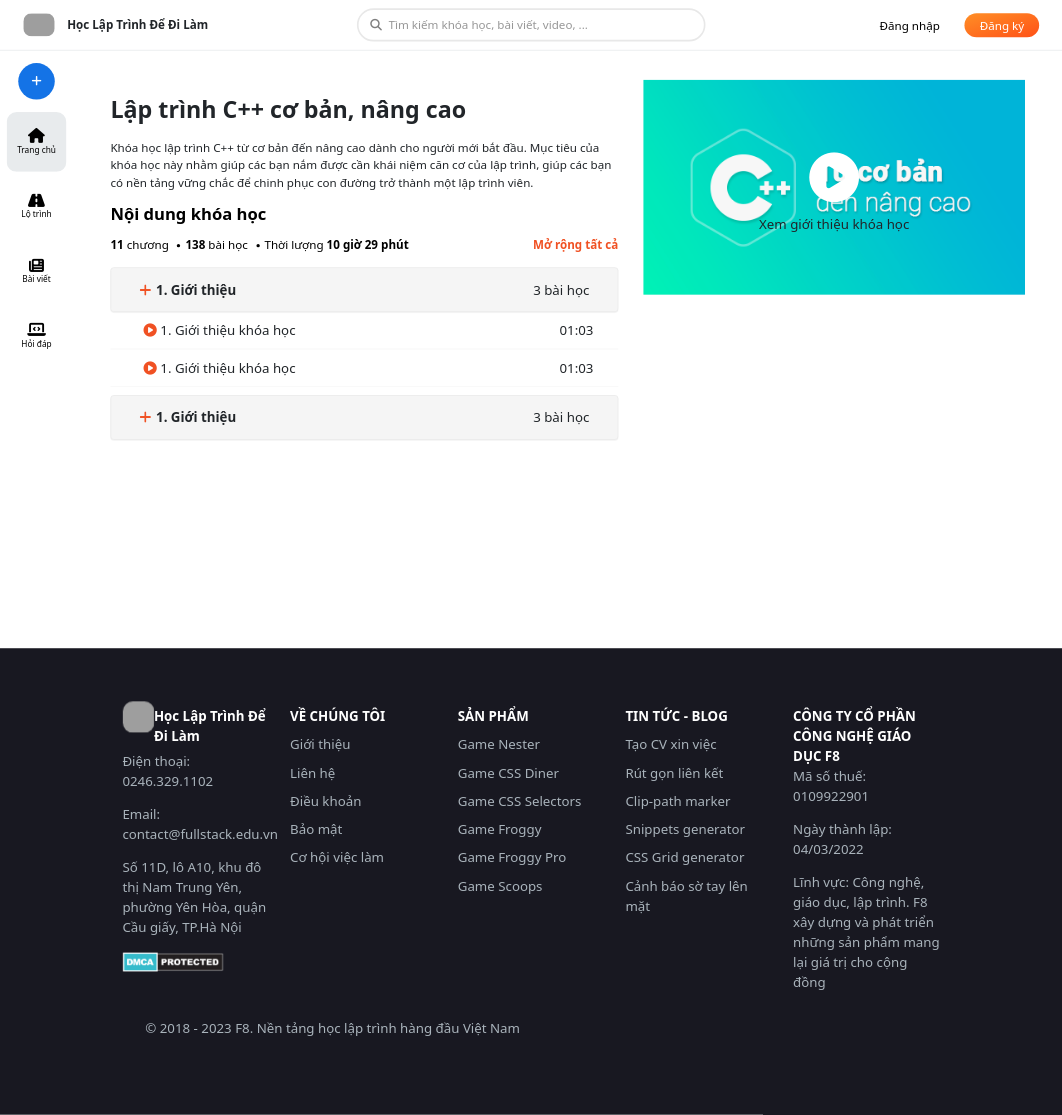
Repository: Quoc-Thang/projectasm
Page: introcourse.html
These files come from the project's save history. The page is drawn as it stood at one moment and after the next save; the edit follows.
The browser window is 1280 px wide. The pictures show the whole page, at 83% of full size.
Pictures or frames that could not be fetched are drawn as grey boxes. Some web libraries are served in a nearby version.

Above is the page before, as saved 2023-11-26 22:11:28.

### introcourse.html
<!DOCTYPE html>
<html lang="vi">
  <head>
    <meta charset="UTF-8" />
    <meta name="viewport" content="width=device-width, initial-scale=1.0" />
    <title>F8 - Học lập trình để đi làm</title>
    <!-- Preconnect -->
    <link rel="preconnect" href="https://unpkg.com/aos@2.3.1" />
    <link
      rel="preconnect"
      href="https://cdn.jsdelivr.net/npm/bootstrap@5.3.2" />
    <link rel="preconnect" href="https://kit.fontawesome.com" />
    <link rel="preconnect" href="https://fonts.googleapis.com" />
    <link rel="preconnect" href="https://fonts.gstatic.com" crossorigin />

    <!-- AOS -->
    <link href="https://unpkg.com/aos@2.3.1/dist/aos.css" rel="stylesheet" />

    <!-- Bootstrap -->
    <link
      href="https://cdn.jsdelivr.net/npm/bootstrap@5.3.2/dist/css/bootstrap.min.css"
      rel="stylesheet"
      integrity="sha384-T3c6CoIi6uLrA9TneNEoa7RxnatzjcDSCmG1MXxSR1GAsXEV/Dwwykc2MPK8M2HN"
      crossorigin="anonymous" />

    <!-- Google Fonts -->
    <link
      href="https://fonts.googleapis.com/css2?family=Poppins:wght@100;200;300;400&family=Roboto:wght@100;300;400&display=swap"
      rel="stylesheet" />

    <!-- CSS -->
    <link rel="stylesheet" href="./view/assets/css/reset.css" />
    <link rel="stylesheet" href="./view/assets/css/synthetic.css" />
    <link rel="stylesheet" href="./view/assets/css/header.css" />
    <link rel="stylesheet" href="./view/assets/css/nav.css" />
    <link rel="stylesheet" href="./view/assets/css/slider.css" />
    <link rel="stylesheet" href="./view/assets/css/wrappercontent.css" />
    <link rel="stylesheet" href="./view/assets/css/footer.css" />
    <link rel="stylesheet" href="./view/assets/css/introcourse.css">
  </head>

  <body>
    <!-- Content -->
    <div id="wrapper">
      <!-- Header -->
      <header>
        <div class="row wrap-header">
          <!-- Logo Website -->
          <div class="col-4">
            <div class="logo">
              <a href="/">
                <img src="./view/assets/image/Logo.png" alt="Logo Website" />
              </a>
              <h4 class="logoTxt">Học Lập Trình Để Đi Làm</h4>
            </div>
          </div>

          <!-- Search -->
          <div class="col-4">
            <div class="form-search">
              <form action="" method="post">
                <div class="form">
                  <button type="submit">
                    <i class="fa-solid fa-magnifying-glass"></i>
                  </button>
                  <input
                    type="search"
                    placeholder="Tìm kiếm khóa học, bài viết, video, ..."
                    name="searchTxt"
                    id="search-input"
                    autocomplete="off"
                    />
                </div>
              </form>
              <div class="card-search">
                <div class="heading-card-search">
                  <i class="fa-solid fa-magnifying-glass"></i>
                  <span>Kết quả tìm kiếm cho:</span>
                </div>
                <div class="content-card-search">
                  <div class="title-content">
                    <h2>
                      Khóa học
                    </h2>
                    <a href="#">
                      Xem thêm
                    </a>
                  </div>
                  <ul class="main-content" id="apiData">
                    <li>
                      <a href="#">
                        <img src="./view/assets/image/htmlcsszerohero.png" alt="Image course">
                        <span>
                          HTML, CSS từ cơ bản đến nâng cao
                        </span>
                      </a>
                    </li>
                    <li>
                      <a href="#">
                        <img src="./view/assets/image/htmlcsspro.png" alt="Image course">
                        <span>
                          HTML, CSS Pro
                        </span>
                      </a>
                    </li>
                    <li>
                      <a href="#">
                        <img src="./view/assets/image/sass.png" alt="Image course">
                        <span>
                          Ngôn ngữ tiền xử lý sass
                        </span>
                      </a>
                    </li>
                  </ul>
                </div>
              </div>
            </div>
          </div>

          <!-- Account -->
          <div class="col-4">
            <div class="account">
              <div class="login">
                <a class="openLogin" href="javascript:void(0)"> Đăng nhập </a>
              </div>
              <div class="signup">
                <a class="openSignup" href="javascript:void(0)"> Đăng ký </a>
              </div>
            </div>
          </div>
        </div>
      </header>

      <main id="main-content">
        <!-- Sidebar -->
        <nav class="menu-sidebar">
          <div class="sidebar">
            <div id="news-post" onclick="newsPost()">
              <a id="rotate" href="javascript:void(0)">
                <i class="fa-solid fa-plus"></i>
              </a>
              <span id="model-news">Thêm tin tức mới</span>
            </div>
            <ul>
              <li>
                <a class="menu-sidebar active" href="#">
                  <i class="fa-solid fa-house"></i>
                  <span class="txt-menu"> Trang chủ </span>
                </a>
              </li>
              <li>
                <a class="menu-sidebar" href="#">
                  <i class="fa-solid fa-road"></i>
                  <span class="txt-menu"> Lộ trình </span></a
                >
              </li>
              <li>
                <a class="menu-sidebar" href="#">
                  <i class="fa-solid fa-newspaper"></i>
                  <span class="txt-menu"> Bài viết </span></a
                >
              </li>
              <li>
                <a class="menu-sidebar" href="#">
                  <i class="fa-solid fa-laptop-code"></i>
                  <span class="txt-menu"> Hỏi đáp </span></a
                >
              </li>
            </ul>
          </div>
        </nav>

        <!-- Article -->
        <article id="main">

          <!-- Wrapper Content Main -->
          <div class="wrapper-content">
            <div class="intro-course">
              <div class="content-course">
                <div class="heading-course">
                  <h1 class="title-heading-course">
                    Lập trình C++ cơ bản, nâng cao
                  </h1>
                  <p class="desc-course">
                    Khóa học lập trình C++ từ cơ bản đến nâng cao dành cho người mới bắt đầu. Mục tiêu của khóa học này nhằm giúp các bạn nắm được cần khái niệm căn cơ của lập trình, giúp các bạn có nền tảng vững chắc để chinh phục con đường trở thành một lập trình viên.
                  </p>
                </div>
                <div class="main-content-course">
                  <div class="content-course-top">
                    <h2 class="title-course">
                      Nội dung khóa học
                    </h2>
                    <div class="desc-content-course">
                      <ul>
                        <li>
                          <a href="#">
                            <strong>
                              11
                            </strong>
                            chương
                          </a>
                        </li>
                        <li>
                          <a href="#">
                            <strong>
                              138
                            </strong>
                            bài học
                          </a>
                        </li>
                        <li>
                          <a href="#">
                            Thời lượng
                            <strong>
                              10 giờ 29 phút
                            </strong>
                          </a>
                        </li>
                      </ul>
                      <a class="read-more" href="#">
                        Mở rộng tất cả
                      </a>
                    </div>
                  </div>

                    <div class="list-panels-course">
                      <div class="list-panel-course">
                        <div class="panel-left">
                          <div class="icon-panel">
                              <i class="fa-solid fa-plus" style="color: #f05123;"></i>
                              <i class="fa-solid fa-minus" style="color: #f05123;"></i>
                          </div>
                          <span>
                            1. Giới thiệu
                          </span>
                        </div>
                        <div class="panel-right">
                          <span>
                            3 bài học
                          </soan>
                        </div>
                      </div>

                      <!-- List tab panel -->
                      <div class="list-tab-panel">
                        <!-- Tab panel -->
                        <div class="tab-panel">
                          <span class="desc-panel">
                            <i class="fa-solid fa-circle-play" style="color: #f05123;"></i>
                            1. Giới thiệu khóa học
                          </span>
                          <span class="desc-time">
                            01:03
                          </span>
                        </div>

                        <div class="tab-panel">
                          <span class="desc-panel">
                            <i class="fa-solid fa-circle-play" style="color: #f05123;"></i>
                            1. Giới thiệu khóa học
                          </span>
                          <span class="desc-time">
                            01:03
                          </span>
                        </div>
                      </div>
                    </div>

                    <div class="list-panels-course">
                      <div class="list-panel-course">
                        <div class="panel-left">
                          <div class="icon-panel">
                              <i class="fa-solid fa-plus" style="color: #f05123;"></i>
                              <i class="fa-solid fa-minus" style="color: #f05123;"></i>
                          </div>
                          <span>
                            1. Giới thiệu
                          </span>
                        </div>
                        <div class="panel-right">
                          <span>
                            3 bài học
                          </soan>
                        </div>
                      </div>
                    <!-- List tab panel -->
                    <div class="list-tab-panel">
                      <!-- Tab panel -->
                      <div class="tab-panel">
                        <span class="desc-panel">
                          <i class="fa-solid fa-circle-play" style="color: #f05123;"></i>
                          1. Giới thiệu khóa học
                        </span>
                        <span class="desc-time">
                          01:03
                        </span>
                      </div>

                      <div class="tab-panel">
                        <span class="desc-panel">
                          <i class="fa-solid fa-circle-play" style="color: #f05123;"></i>
                          1. Giới thiệu khóa học
                        </span>
                        <span class="desc-time">
                          01:03
                        </span>
                      </div>
                    </div>
                  </div>
                </div>
              </div>
              <div class="video-course">
                <figure>
                  <img src="./view/assets/image/cppcobannangcao.png" alt="Video Course">
                  <figcaption>
                    <div class="play-video">
                      <i class="fa-solid fa-circle-play" style="color: #ffffff;"></i>
                    </div>
                    <div class="see-video">
                      Xem giới thiệu khóa học
                    </div>
                  </figcaption>
                </figure>
              </div>
            </div>
          </div>
        </article>
      </main>

      <!-- Footer -->
      <footer>
        <div class="content-footer">
          <!-- Footer top -->
          <div class="footer-top">
            <!-- Slogan -->
            <div class="slogan content-column-footer">
              <div class="footer-slogan title-footer">
                <figure>
                  <img src="./view/assets/image/Logo.png" alt="Logo Website" />
                </figure>
                <figcaption>
                  <span class="txt-slogan"> Học lập trình để đi làm </span>
                </figcaption>
              </div>
              <div class="footer-contact-list">
                <ul>
                  <li>
                    <p>Điện thoại: 0246.329.1102</p>
                  </li>
                  <li>
                    <p>Email: contact@fullstack.edu.vn</p>
                  </li>
                  <li>
                    <p>
                      Số 11D, lô A10, khu đô thị Nam Trung Yên, phường Yên Hòa,
                      quận Cầu giấy, TP.Hà Nội
                    </p>
                  </li>
                </ul>
              </div>
              <div class="footer-protect">
                <figure>
                  <a href="#">
                    <img
                      src="./view/assets/image/dmca.png"
                      alt="DMCA Protect" />
                  </a>
                </figure>
              </div>
            </div>

            <!-- About us -->
            <div class="about content-column-footer">
              <div class="title-footer about-us">
                <span>Về chúng tôi</span>
              </div>
              <nav class="list-about">
                <ul>
                  <li><a href="#">Giới thiệu</a></li>
                  <li><a href="#">Liên hệ</a></li>
                  <li><a href="#">Điều khoản</a></li>
                  <li><a href="#">Bảo mật</a></li>
                  <li><a href="#">Cơ hội việc làm</a></li>
                </ul>
              </nav>
            </div>

            <!-- Products -->
            <div class="product content-column-footer">
              <div class="title-footer product-type">
                <span>Sản phẩm</span>
              </div>
              <nav class="list-product">
                <ul>
                  <li><a href="#">Game Nester</a></li>
                  <li><a href="#">Game CSS Diner</a></li>
                  <li><a href="#">Game CSS Selectors</a></li>
                  <li><a href="#">Game Froggy</a></li>
                  <li><a href="#">Game Froggy Pro</a></li>
                  <li><a href="#">Game Scoops</a></li>
                </ul>
              </nav>
            </div>

            <!-- Tools -->
            <div class="tools content-column-footer">
              <div class="title-footer tools-type">
                <span>Tin tức - Blog</span>
              </div>
              <nav class="list-tools">
                <ul>
                  <li><a href="#">Tạo CV xin việc</a></li>
                  <li><a href="#">Rút gọn liên kết</a></li>
                  <li><a href="#">Clip-path marker</a></li>
                  <li><a href="#">Snippets generator</a></li>
                  <li><a href="#">CSS Grid generator</a></li>
                  <li><a href="#">Cảnh báo sờ tay lên mặt</a></li>
                </ul>
              </nav>
            </div>

            <!-- Company -->
            <div class="company content-column-footer">
              <div class="title-footer company-type">
                <span>Công ty cổ phần công nghệ giáo dục F8</span>
              </div>
              <nav class="list-company">
                <ul>
                  <li>
                    <p href="#">Mã số thuế: <span>0109922901</span></p>
                  </li>
                  <li>
                    <p href="#">Ngày thành lập: <span>04/03/2022</span></p>
                  </li>
                  <li>
                    <p href="#">
                      Lĩnh vực:
                      <span
                        >Công nghệ, giáo dục, lập trình. F8 xây dựng và phát
                        triển những sản phẩm mang lại giá trị cho cộng đồng
                      </span>
                    </p>
                  </li>
                </ul>
              </nav>
            </div>
          </div>

          <!-- Footer bottom -->
          <div class="footer-bottom">
            <div class="copyright">
              <p>© 2018 - 2023 F8. Nền tảng học lập trình hàng đầu Việt Nam</p>
            </div>
            <div class="social-media">
              <!-- <img src="/images/icons/facebook.svg" alt="" />
              <img src="/images/icons/instagram.svg" alt="" />
              <img src="/images/icons/twitter.svg" alt="" />
              <img src="/images/icons/linkedin.svg" alt="" /> -->
            </div>
          </div>
          </div>
        </div>
      </footer>
    </div>
    <!-- Javascript -->
    <script src="./view/assets/javascript/sidebar.js"></script>
    <script src="./view/assets/javascript/introcourse.js"></script>
    <script src="./view/assets/javascript/formsearch.js"></script>
    <script src="./view/assets/javascript/formlogin.js"></script>
    <script src="./view/assets/javascript/formsignup.js"></script>

    <!-- Font Awesome -->
    <script
      src="https://kit.fontawesome.com/3e006365dd.js"
      crossorigin="anonymous"></script>

    <!-- Bootstrap -->
    <script
      src="https://cdn.jsdelivr.net/npm/bootstrap@5.3.2/dist/js/bootstrap.bundle.min.js"
      integrity="sha384-C6RzsynM9kWDrMNeT87bh95OGNyZPhcTNXj1NW7RuBCsyN/o0jlpcV8Qyq46cDfL"
      crossorigin="anonymous"></script>

    <!-- AOS -->
    <script src="https://unpkg.com/aos@2.3.1/dist/aos.js"></script>
    <script>
      AOS.init();
    </script>
  </body>
</html>

### view/assets/css/synthetic.css
:root {
  --system-ui: system-ui, "Segoe UI", Roboto, Helvetica, Arial, sans-serif,
    "Apple Color Emoji", "Segoe UI Emoji", "Segoe UI Symbol";
  --font-code: "SF Mono", monospace;
}

html,
body {
  min-height: 100% !important;
  height: 100%;
}

body {
  font-family: var(--system-ui);
  scroll-behavior: smooth;
  overflow-x: hidden;
}

main {
  display: flex;
}

#main {
  display: flex;
  flex-direction: column;
}

article {
  display: flex;
  min-width: 100vh;
}

#wrapper {
  width: 100%;
}

/* width */
::-webkit-scrollbar {
  width: 8px;
}

/* Track */
::-webkit-scrollbar-track {
  box-shadow: inset 0 0 5px grey;
  /* border-radius: 8px; */
}

/* Handle */
::-webkit-scrollbar-thumb {
  background: #a9a9a9;
  border-radius: 4px;
}

/* Handle on hover */
::-webkit-scrollbar-thumb:hover {
  background: #a9a9a9;
}

ul {
  list-style-type: none;
  margin: 0;
  padding: 0;
}

a {
  text-decoration: none;
}

### view/assets/css/introcourse.css
:root {
  --primary-color: #f05123;
  --background-color: #fff;
  --border-bottom: #e8ebed;
  --border-color: #1473e6;
  --background-hover: #f5f5f5;
  --border: #e8e8e8;
  --color-txt: #000;
  --background-color-menu: #f0f0f0;
}

.intro-course {
  display: flex;
  flex-direction: row;
}

.content-course {
  padding: 0 30px 0 0;
  /* color: #000; */
}

.title-heading-course {
  font-weight: 700;
  font-size: 28px;
}

.desc-course {
  font-size: 14px;
}

.list-panels-course {
  margin-bottom: 10px;
}

.title-course {
  font-size: 20px;
  font-weight: 700;
}

.desc-content-course {
  display: flex;
  gap: 20px;
  align-items: center;
  justify-content: space-between;
  margin-bottom: 16px;
}

.desc-content-course ul {
  display: flex;
  gap: 20px;
}

.desc-content-course ul li {
  position: relative;
}

.desc-content-course ul li:not(:last-child):after {
  content: "";
  position: absolute;
  border-radius: 50%;
  height: 4px;
  width: 4px;
  background-color: var(--color-txt);
  top: 50%;
  margin-left: 10px;
}

.desc-content-course a {
  color: var(--color-txt);
  font-size: 14px;
}

.read-more {
  color: var(--primary-color) !important;
  font-weight: 600;
  margin-right: 0;
}

.list-panel-course,
.panel-left {
  display: flex;
  gap: 20px;
  cursor: pointer;
}

.panel-left span {
  font-weight: 600;
}

.list-panel-course {
  justify-content: space-between;
  background-color: var(--background-hover);
  padding: 14px 34px;
  border-radius: 4px;
  box-shadow: 0 1px 1px rgba(0, 0, 0, 0.05);
  border: 1px solid #ebebeb;
  position: sticky;
  top: 0;
}

.icon-panel {
  position: relative;
}

.fa-plus,
.fa-minus {
  position: absolute;
  top: 50%;
  transform: translateY(-50%);
}

.list-tab-panel {
  width: 100%;
  height: 100%;
  /* display: flex; */
  /* flex-direction: column; */
  display: none;
}

.tab-panel {
  display: flex;
  justify-content: space-between;
  border: 1px solid #00000008;
  border-right: 0;
  border-top: 0;
  border-left: 0;
  padding: 10px 30px 10px 40px;
}

.fa-play {
  background-color: var(--primary-color);
  height: 14px;
  width: 14px;
  border-radius: 50%;
}

.video-course figure {
  display: flex;
  position: relative;
  justify-content: center;
  align-items: center;
}

.video-course figcaption {
  position: absolute;
  top: 50%;
  left: 50%;
  transform: translate(-50%, -50%);
  text-align: center;
  background: #00000008;
  width: 100%;
  height: 100%;
  display: flex;
  justify-content: center;
  align-items: center;
  flex-direction: column;
}

.play-video {
  font-size: 60px;
}

Loaded but not shown: view/assets/css/reset.css (common file); view/assets/javascript/formsignup.js (252 lines, source omitted); view/assets/javascript/formlogin.js (244 lines, source omitted); view/assets/javascript/introcourse.js (40 lines, source omitted); view/assets/javascript/sidebar.js (29 lines, source omitted); view/assets/javascript/formsearch.js (20 lines, source omitted); view/assets/css/slider.css (230 lines, source omitted); view/assets/css/wrappercontent.css (239 lines, source omitted); view/assets/css/nav.css (142 lines, source omitted); view/assets/css/header.css (164 lines, source omitted); view/assets/css/footer.css (90 lines, source omitted)

After the next save:
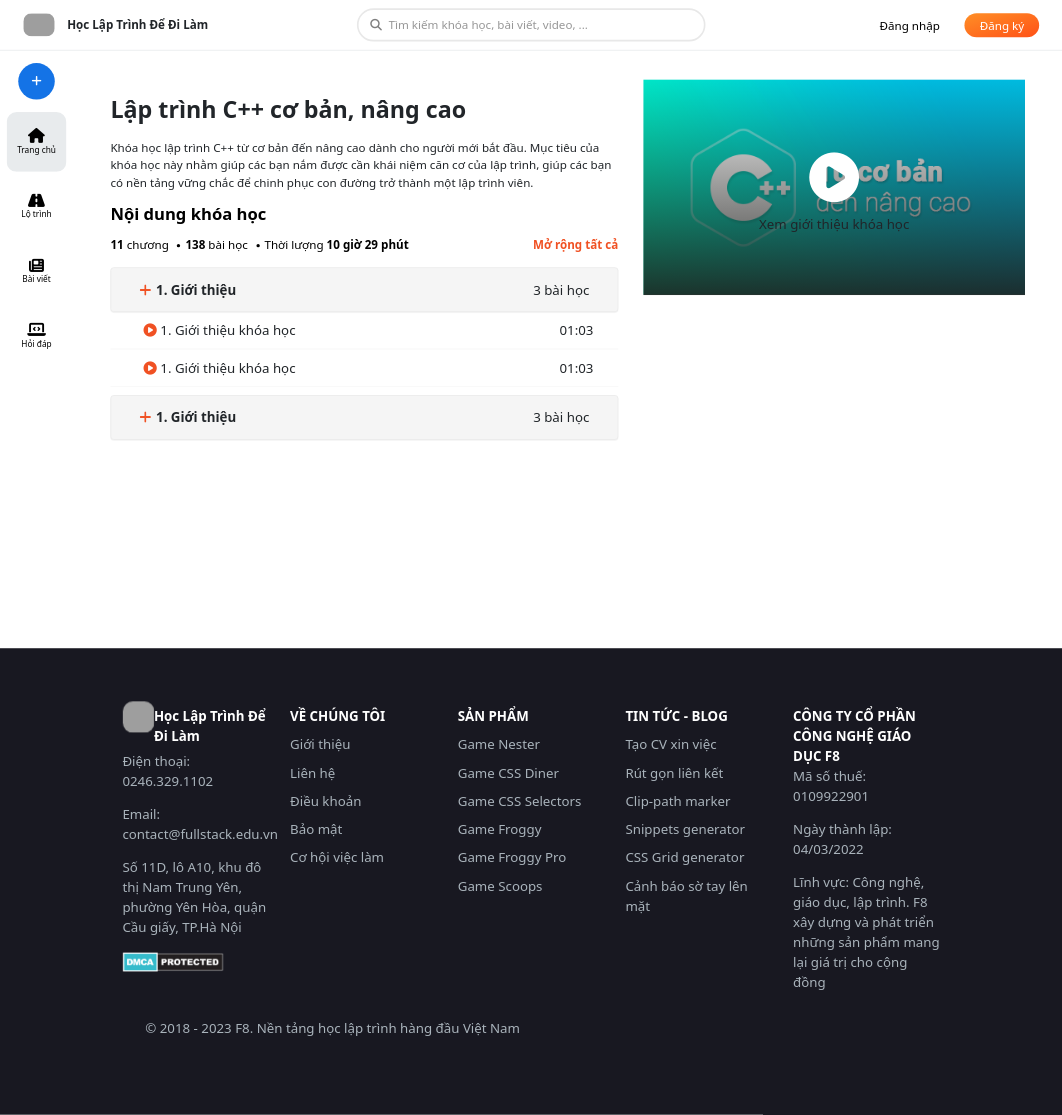
Saved 115 s later.
--- a/view/assets/css/introcourse.css
+++ b/view/assets/css/introcourse.css
@@ -147,7 +147,11 @@
   left: 50%;
   transform: translate(-50%, -50%);
   text-align: center;
-  background: #00000008;
+  background: linear-gradient(
+    180deg,
+    rgba(30, 30, 28, 0),
+    rgba(30, 30, 28, 0.9)
+  );
   width: 100%;
   height: 100%;
   display: flex;
